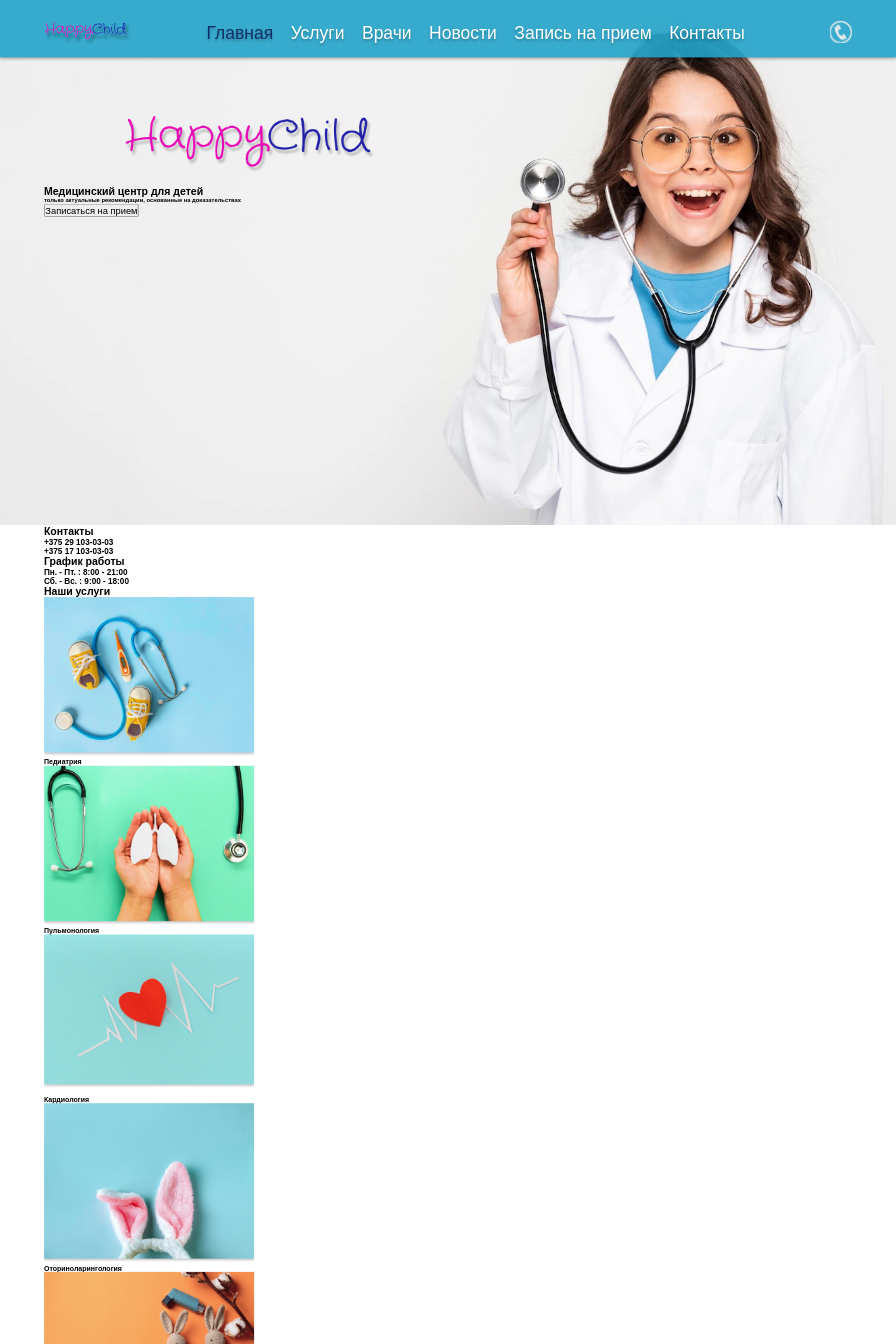
Repository: Normandy72/Landing-Page-Happy-Child
Page: index.html
The author's editor kept a copy of each file at every save. The page is drawn from the files as they stood at one save, then again after the next save.
The browser window is 1280 px wide. The pictures show the part of the page from y = 0 to 1920 px (the page is 7728 px tall), at 70% of full size.
Some web fonts or font styles are not loaded; a fallback is used.

Above is the page before, as saved 2022-11-11 22:52:42.
Not found: styles/doctors_card.css
Not found: styles/news_card.css
Not found: styles/services_card.css

After the next save:
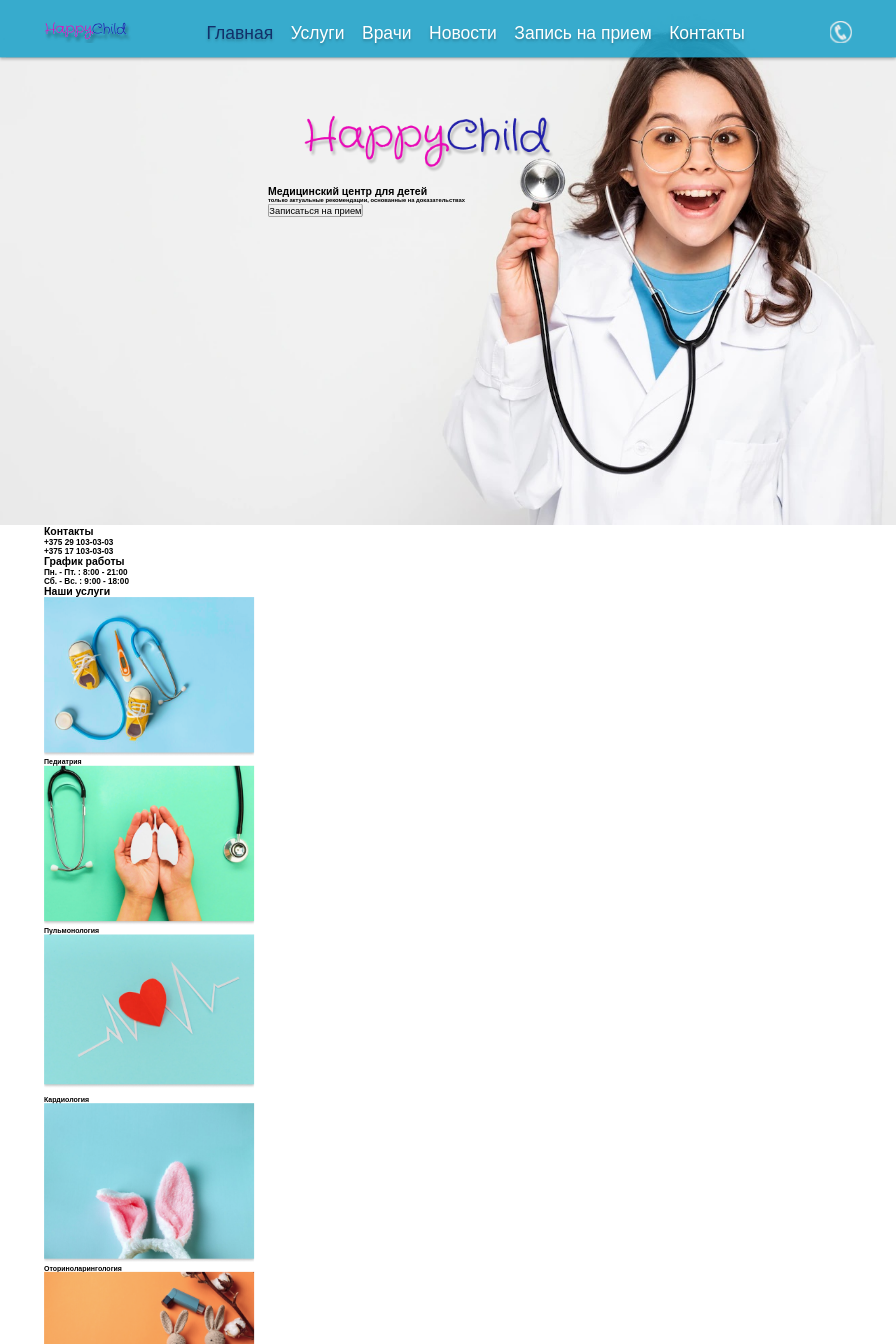
Saved 37 s later.
--- a/styles/section_main.css
+++ b/styles/section_main.css
@@ -7,6 +7,7 @@
 }
 
 .main__text{
+    max-width: 540px;
     padding-top: 165px;
 }
 
